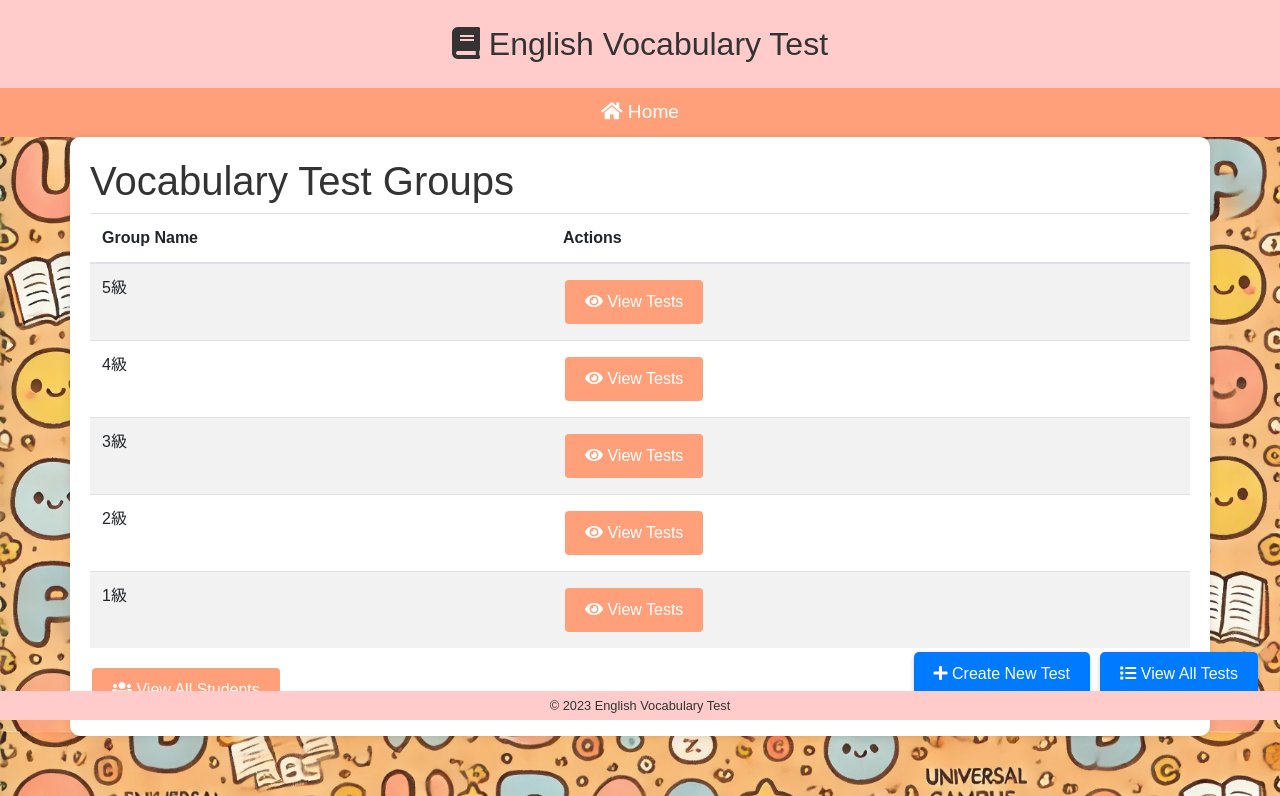
Repository: YamatoGH/testapp
Page: http://localhost/
These files come from the project's save history. The page is drawn as it stood at one moment and after the next save; the edit follows.
The browser window is 1280 px wide. The pictures show the whole page.
Backgrounds fixed to the window are drawn as part of the page. The page is served by the project's application, run on Django 5.2 (manage.py). Other server files are loaded and not shown. The page reads the database file committed with the project.

Above is the page before, as saved 2024-07-21 08:54:26.

### testapp/templates/testapp/home.html
{% extends "testapp/base.html" %}

{% block title %}Home{% endblock %}

{% block content %}
<h1>Vocabulary Test Groups</h1>
<table class="table table-striped table-hover">
    <thead>
        <tr>
            <th>Group Name</th>
            <th>Actions</th>
        </tr>
    </thead>
    <tbody>
        {% for group in groups %}
        <tr>
            <td>{{ group.name }}</td>
            <td><a href="{% url 'group_tests' group.id %}" class="btn btn-custom"><i class="fas fa-eye"></i> View Tests</a></td>
        </tr>
        {% endfor %}
    </tbody>
</table>

<!-- 新しいテストを作成するボタン -->
<a href="{% url 'create_test' %}" class="btn btn-custom create-test-button"><i class="fas fa-plus"></i> Create New Test</a>

<!-- すべての生徒を表示するボタン -->
<a href="{% url 'student_list' %}" class="btn btn-custom view-all-students-button"><i class="fas fa-users"></i> View All Students</a>

<!-- すべてのテストを表示するボタン -->
<a href="{% url 'all_tests' %}" class="btn btn-custom all-tests-button"><i class="fas fa-list"></i> View All Tests</a>

{% endblock %}

### testapp/templates/testapp/base.html
<!DOCTYPE html>
<html>
<head>
    {% load static %}
    <title>{% block title %}English Vocabulary Test{% endblock %}</title>
    <link rel="stylesheet" href="https://stackpath.bootstrapcdn.com/bootstrap/4.3.1/css/bootstrap.min.css">
    <link rel="stylesheet" href="https://cdnjs.cloudflare.com/ajax/libs/font-awesome/5.15.3/css/all.min.css">
    <link rel="stylesheet" type="text/css" href="{% static 'testapp/css/style.css' %}">
</head>
<body>
    <header>
        <i class="fas fa-book"></i> English Vocabulary Test
    </header>
    <nav>
        <a href="{% url 'home' %}"><i class="fas fa-home"></i> Home</a>
    </nav>
    <div class="container">
        {% block content %}{% endblock %}
    </div>
    <footer>
        &copy; 2023 English Vocabulary Test
    </footer>
</body>
<script>
    document.addEventListener("DOMContentLoaded", function() {
        var coll = document.getElementsByClassName("collapsible");
        for (var i = 0; i < coll.length; i++) {
            coll[i].addEventListener("click", function() {
                this.classList.toggle("active");
                var content = this.nextElementSibling;
                if (content.style.display === "block") {
                    content.style.display = "none";
                } else {
                    content.style.display = "block";
                }
            });
        }
    });
</script>
</html>

### testapp/models.py
from django.db import models

class Group(models.Model):
    name = models.CharField(max_length=100)

    def __str__(self):
        return self.name

class Test(models.Model):
    title = models.CharField(max_length=100)
    description = models.TextField(null=True, blank=True)
    words = models.ManyToManyField('Word', blank=True)
    group = models.ForeignKey(Group, on_delete=models.CASCADE, related_name='tests', null=True, blank=True)

    def __str__(self):
        return self.title

class Word(models.Model):
    word = models.CharField(max_length=100)
    meaning = models.CharField(max_length=255)

    def __str__(self):
        return self.word

class Student(models.Model):
    name = models.CharField(max_length=100)

    def __str__(self):
        return f"{self.name} "

### testapp/views.py
import csv
import pandas as pd
from django.shortcuts import render, redirect, get_object_or_404
from django.forms import formset_factory
from .forms import TestForm, WordForm
from .models import Word, Test, Group, Student
import random

def create_test(request):
    WordFormSet = formset_factory(WordForm, extra=1)
    if request.method == 'POST':
        form = TestForm(request.POST, request.FILES)
        formset = WordFormSet(request.POST, prefix='words')
        if form.is_valid() and formset.is_valid():
            test = form.save(commit=False)
            test.save()
            for word_form in formset:
                word = word_form.cleaned_data.get('word')
                meaning = word_form.cleaned_data.get('meaning')
                if word and meaning:
                    word_obj, created = Word.objects.get_or_create(word=word, meaning=meaning)
                    test.words.add(word_obj)
            if 'file' in request.FILES:
                file = request.FILES['file']
                if file.name.endswith('.csv'):
                    reader = csv.reader(file.read().decode('utf-8').splitlines())
                    for row in reader:
                        if len(row) == 2:
                            word, meaning = row
                            word_obj, created = Word.objects.get_or_create(word=word.strip(), meaning=meaning.strip())
                            test.words.add(word_obj)
                elif file.name.endswith('.xlsx'):
                    df = pd.read_excel(file)
                    for _, row in df.iterrows():
                        if len(row) >= 2:
                            word, meaning = row[0], row[1]
                            word_obj, created = Word.objects.get_or_create(word=word.strip(), meaning=meaning.strip())
                            test.words.add(word_obj)
            return redirect('home')
    else:
        form = TestForm()
        formset = WordFormSet(prefix='words')
    return render(request, 'testapp/create_test.html', {'form': form, 'formset': formset})

def all_tests(request):
    tests = Test.objects.all()
    return render(request, 'testapp/all_tests.html', {'tests': tests})

def group_tests(request, group_id):
    group = get_object_or_404(Group, id=group_id)
    tests = group.tests.all()  # 'tests' は 'related_name' に基づく
    return render(request, 'testapp/group_tests.html', {'group': group, 'tests': tests})

def home(request):
    groups = Group.objects.all()
    return render(request, 'testapp/home.html', {'groups': groups})

def test_detail(request, test_id):
    test = get_object_or_404(Test, id=test_id)
    words = test.words.all()
    return render(request, 'testapp/test_detail.html', {'test': test, 'words': words})

def print_test(request, test_id, start_index, end_index, shuffle):
    test = get_object_or_404(Test, id=test_id)
    words = list(test.words.all())
    if shuffle == 'yes':
        random.shuffle(words)
    words = words[start_index:end_index]
    return render(request, 'testapp/print_test.html', {'test': test, 'words': words})

def print_test_with_answers(request, test_id, start_index, end_index, shuffle):
    test = get_object_or_404(Test, id=test_id)
    words = list(test.words.all())
    if shuffle == 'yes':
        random.shuffle(words)
    words = words[start_index:end_index]
    return render(request, 'testapp/print_test_with_answers.html', {'test': test, 'words': words})

def student_list(request):
    students = Student.objects.all()
    return render(request, 'testapp/student_list.html', {'students': students})

### vocab_test/urls.py
"""
URL configuration for vocab_test project.

The `urlpatterns` list routes URLs to views. For more information please see:
    https://docs.djangoproject.com/en/5.0/topics/http/urls/
Examples:
Function views
    1. Add an import:  from my_app import views
    2. Add a URL to urlpatterns:  path('', views.home, name='home')
Class-based views
    1. Add an import:  from other_app.views import Home
    2. Add a URL to urlpatterns:  path('', Home.as_view(), name='home')
Including another URLconf
    1. Import the include() function: from django.urls import include, path
    2. Add a URL to urlpatterns:  path('blog/', include('blog.urls'))
"""
from django.contrib import admin
from django.urls import include, path

urlpatterns = [
    path('admin/', admin.site.urls),
    path('', include('testapp.urls')),
]

### testapp/urls.py
from django.conf import settings
from django.conf.urls.static import static
from django.urls import path
from . import views

urlpatterns = [
    path('', views.home, name='home'),
    path('test/<int:test_id>/', views.test_detail, name='test_detail'),
    path('print-test/<int:test_id>/<int:start_index>/<int:end_index>/<str:shuffle>/', views.print_test, name='print_test'),
    path('print-test-with-answers/<int:test_id>/<int:start_index>/<int:end_index>/<str:shuffle>/', views.print_test_with_answers, name='print_test_with_answers'),
    path('create-test/', views.create_test, name='create_test'),
    path('group-tests/<int:group_id>/', views.group_tests, name='group_tests'),
    path('all-tests/', views.all_tests, name='all_tests'),
    path('students/', views.student_list, name='student_list'),
]

if settings.DEBUG:
    urlpatterns += static(settings.STATIC_URL, document_root=settings.STATIC_ROOT)

### testapp/static/testapp/css/style.css
body {
    font-family: 'Comic Sans MS', cursive, sans-serif;
    background-color: #f0f8ff;
    color: #333;
    margin: 0;
    padding: 0;
    background-image: url('/static/testapp/images/background.jpg'); /* ここに背景画像のURLを入力 */
    background-size: cover;
    background-repeat: no-repeat;
    background-attachment: fixed; /* 背景画像を固定 */
    display: flex;
    flex-direction: column;
    min-height: 100vh;
}

header {
    background-color: #ffcccb;
    padding: 20px;
    text-align: center;
    font-size: 2em;
    color: #333;
}

nav {
    background-color: #ffa07a;
    padding: 10px;
    text-align: center;
}

nav a {
    margin: 0 15px;
    color: #fff;
    text-decoration: none;
    font-size: 1.2em;
}

nav a:hover {
    text-decoration: underline;
}

.container {
    flex: 1;  /* Main content will take all available space */
    padding: 20px;
    background-color: rgba(255, 255, 255, 1.0);
    border-radius: 10px;
    box-shadow: 0 0 10px rgba(0, 0, 0, 0.1);
    margin-bottom: 60px;  /* Add some space at the bottom to avoid overlap with the footer */
}

footer {
    background-color: #ffcccb;
    padding: 5px;  /* Adjusted padding */
    text-align: center;
    font-size: 0.8em;  /* Adjusted font size */
    position: fixed;
    width: 100%;
    bottom: 0;
}

.btn-custom {
    background-color: #ffa07a;
    border: none;
    color: white;
    padding: 10px 20px;
    text-align: center;
    text-decoration: none;
    display: inline-block;
    font-size: 16px;
    margin: 4px 2px;
    transition-duration: 0.4s;
    cursor: pointer;
}

.btn-custom:hover {
    background-color: white;
    color: black;
    border: 2px solid #ffa07a;
}

.collapsible {
    cursor: pointer;
    padding: 10px;
    width: 100%;
    border: none;
    text-align: center;
    outline: none;
    font-size: 1em;
}

.active, .collapsible:hover {
    background-color: #ddd;
}

.collapsible-content {
    display: none;
    overflow: hidden;
    padding: 0 10px;
}

.all-tests-button, .create-test-button {
    position: fixed;
    bottom: 20px;
    background-color: #007bff;
    color: white;
    padding: 10px 20px;
    border-radius: 5px;
    text-decoration: none;
    box-shadow: 0 2px 5px rgba(0,0,0,0.2);
    transition: background-color 0.3s ease;
}

.all-tests-button:hover, .create-test-button:hover {
    background-color: #0056b3;
}

.all-tests-button {
    right: 20px;
}

.view-all-students-button {
    right: 380px; /* Adjust as needed */
}

.create-test-button {
    right: 188px; /* Adjust as needed */
}

### db.sqlite3 (the tables this page reads, as SQL)
CREATE TABLE "testapp_group" ("id" integer NOT NULL PRIMARY KEY AUTOINCREMENT, "name" varchar(100) NOT NULL);
INSERT INTO "testapp_group" VALUES
(3, '5級'),
(5, '4級'),
(6, '3級'),
(7, '2級'),
(8, '1級');

After the next save:
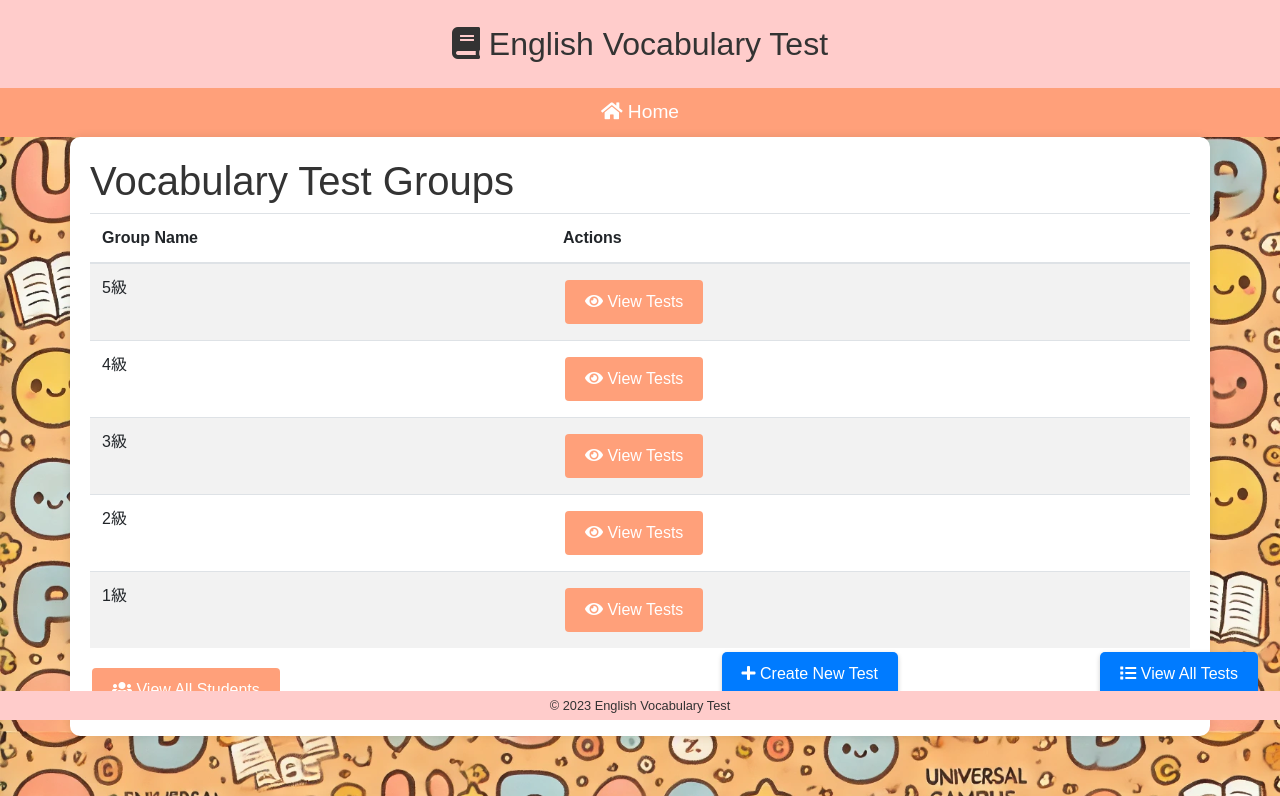
Saved 12 s later.
--- a/testapp/static/testapp/css/style.css
+++ b/testapp/static/testapp/css/style.css
@@ -118,9 +118,9 @@ footer {
 }
 
 .view-all-students-button {
-    right: 380px; /* Adjust as needed */
+    right: 188px; /* Adjust as needed */
 }
 
 .create-test-button {
-    right: 188px; /* Adjust as needed */
+    right: 380px; /* Adjust as needed */
 }
